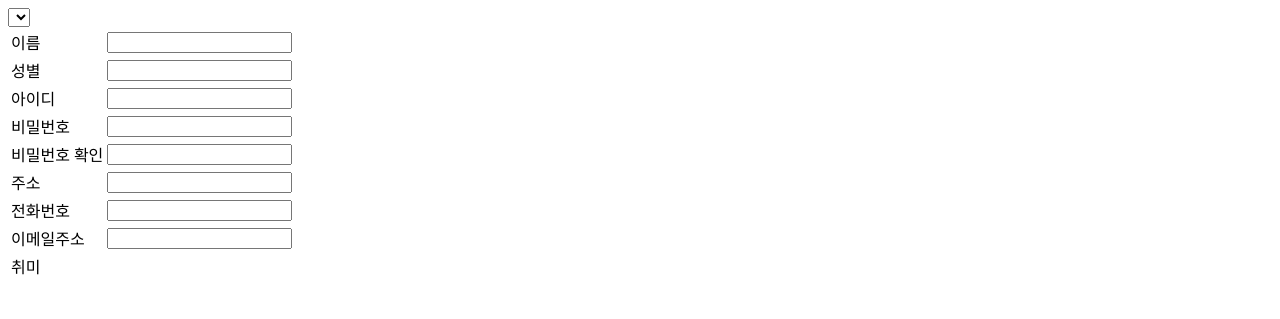
Repository: Gabintree/JDBC2019
Page: http://localhost/Jsp20190510_start/Jsp0516_chap6.jsp
The author's editor kept a copy of each file at every save. The page is drawn from the files as they stood at one save, then again after the next save.
The browser window is 1280 px wide. The pictures show the whole page.
The page is served by Tomcat 9.

Above is the page before, as saved 2019-05-16 06:06:06.

### Jsp20190510_start/WebContent/Jsp0516_chap6.jsp
<%@ page language="java" contentType="text/html; charset=UTF-8"
    pageEncoding="UTF-8"%>
<!DOCTYPE html>
<html>
<head>
<meta charset="UTF-8">
<title>Chaop6 page.1</title>
</head>
<body>
	<form action="" method="">
	<table>
		<tr>
			<td>이름</td>
			<td><input type ="text" name="name"></td>
		</tr>
		<tr>
			<td>성별</td>
			<td><input type ="text" name="nmayeo"></td>
		</tr>
		<tr>
			<td>아이디</td>
			<td><input type ="text" name="id"></td>
		</tr>
		<tr>
			<td>비밀번호</td>
			<td><input type ="text" name="pw"></td>
		</tr>
		<tr>
			<td>비밀번호 확인</td>
			<td><input type = "text" name="pw_re"></td>
		</tr>
		<tr>
			<td>주소</td>
			<td><input type ="text" name="ad"></td>
		</tr>
		<tr>
			<td>전화번호</td>
			<td><input type ="tel" name="tel"></td>
		</tr>
		<tr>
			<td>이메일주소</td>
			<td><input type = "email" name= "mail"></td>
		</tr>
		<tr>
			<td>취미</td>
			<select>
			<checkbox val ="01" value="축구">축구
			<checkbox val ="02" value="야구">야구
			</select>
		</tr>



	</table>
	</form>




</body>
</html>

After the next save:
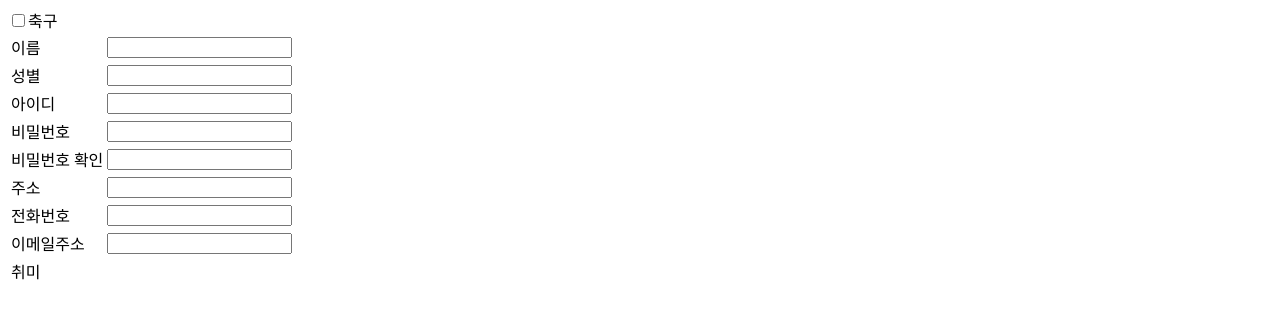
Saved 2 min 1 s later.
--- a/Jsp20190510_start/WebContent/Jsp0516_chap6.jsp
+++ b/Jsp20190510_start/WebContent/Jsp0516_chap6.jsp
@@ -43,10 +43,7 @@
 		</tr>
 		<tr>
 			<td>취미</td>
-			<select>
-			<checkbox val ="01" value="축구">축구
-			<checkbox val ="02" value="야구">야구
-			</select>
+			<input type="checkbox" name="hobby" value="축구">축구
 		</tr>
 
 
